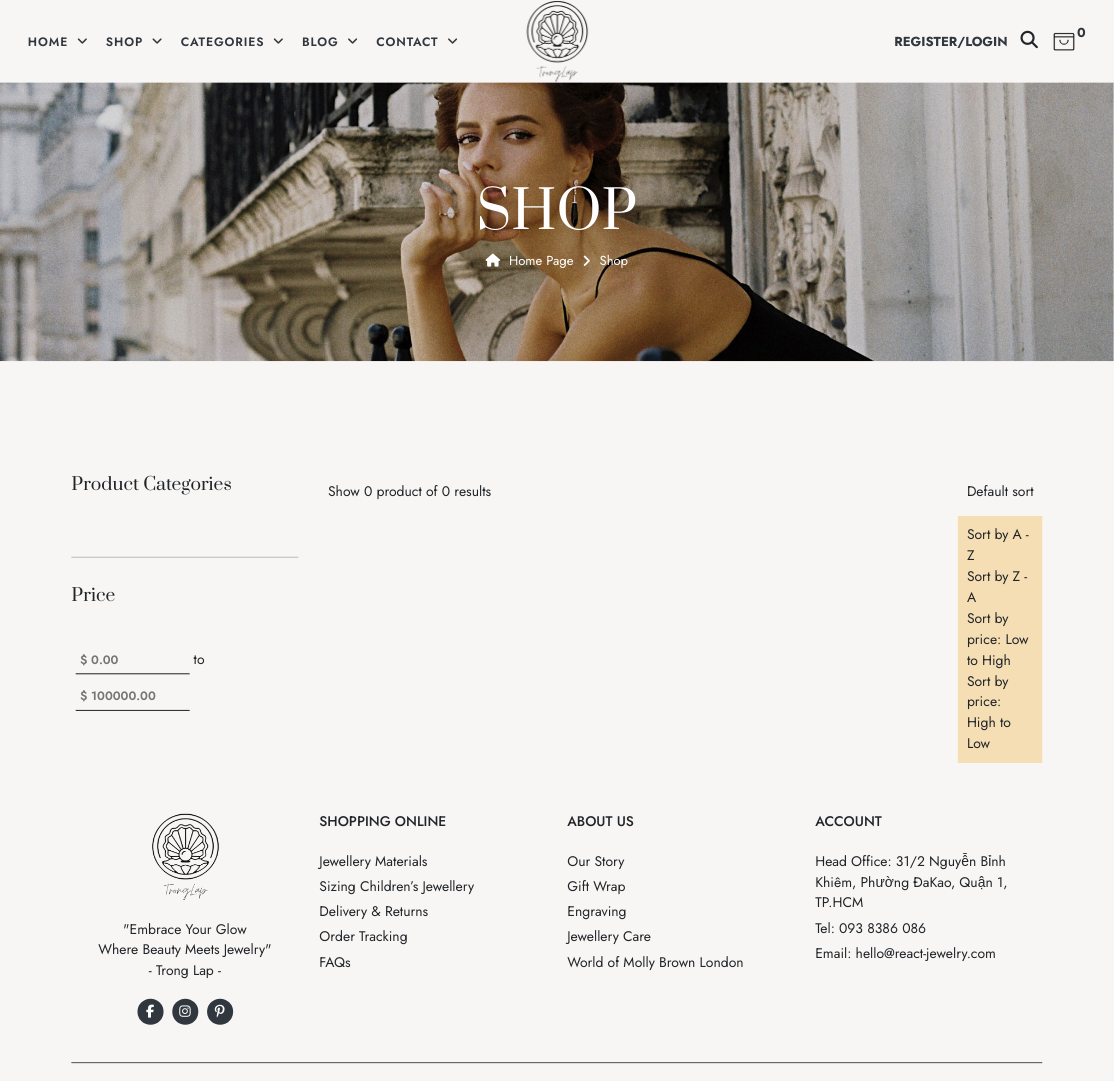
Repository: tronglap/react-jewelry
Page: /list-product
The author's editor kept a copy of each file at every save. The page is drawn from the files as they stood at one save, then again after the next save.
The browser window is 1280 px wide. The pictures show the whole page, at 87% of full size.
The page's requests for data from a server got no answer. The project was rebuilt for these pictures with package versions that can differ from the ones it lists, and the page was loaded fresh each time. No one was signed in, and anything a server would have sent is missing. Also part of the build but not shown: src/component/Button/Button.css, src/component/Button/Button.js, src/component/SliderBar/SliderBar.css, src/component/SliderBar/SliderBar.js, src/component/Home/WWD/WWD.css, src/component/Home/WWD/WWD.js, src/component/Home/Home.css, src/component/Home/Categories/Categories.js and 14 more.

Above is the page before, as saved 2024-03-26 18:42:10.

After the next save:
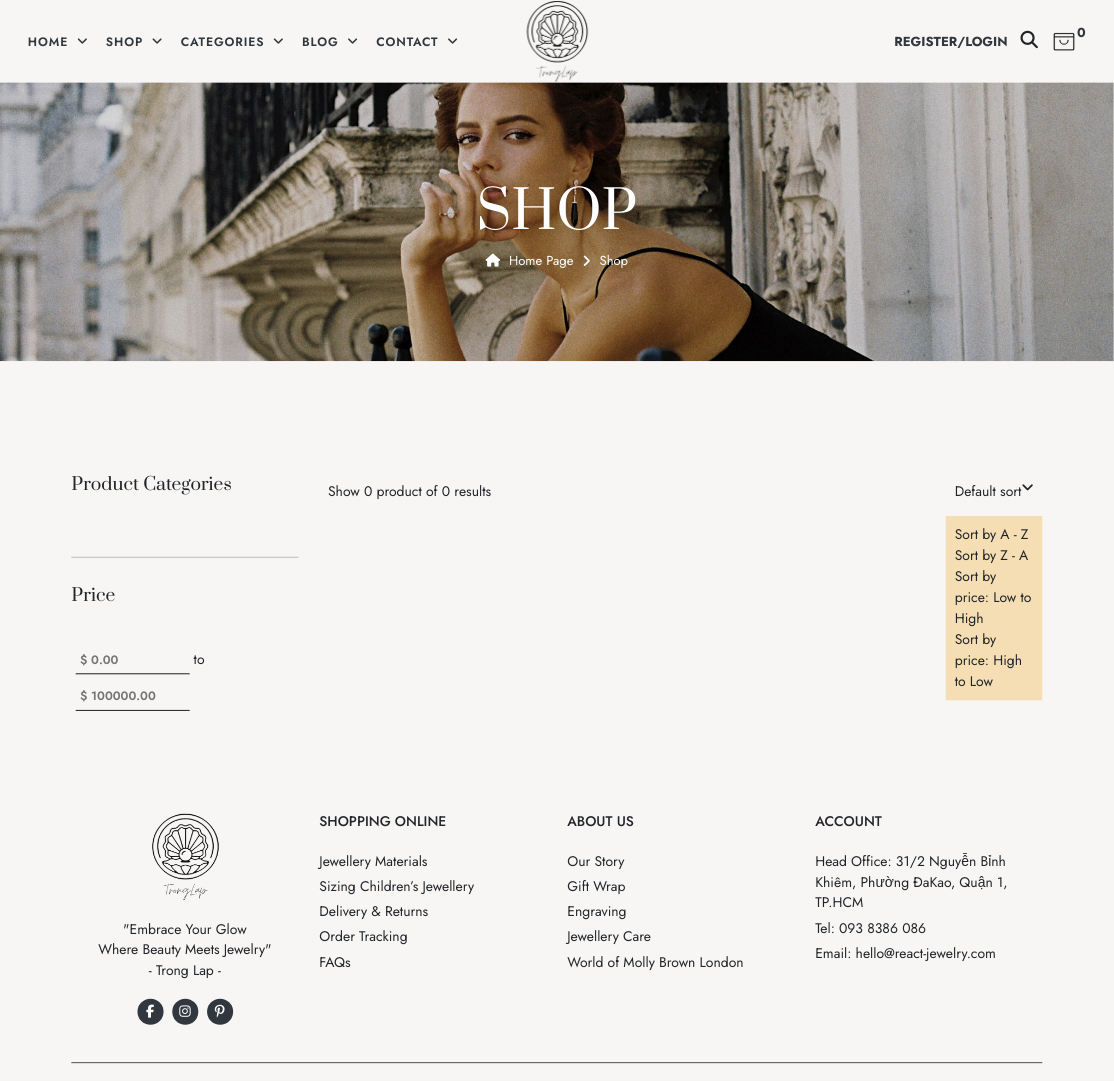
Saved 26 s later.
--- a/src/component/ListProduct/ListProduct.js
+++ b/src/component/ListProduct/ListProduct.js
@@ -114,6 +114,7 @@ const ListProduct = () => {
                     </div>
                     <div className="sort">
                       <p>Default sort</p>
+                      <i className="fa-solid fa-angle-down"></i>
                       <div className="sorts">
                         <div className="sortbya-z">
                           <p>Sort by A - Z</p>
